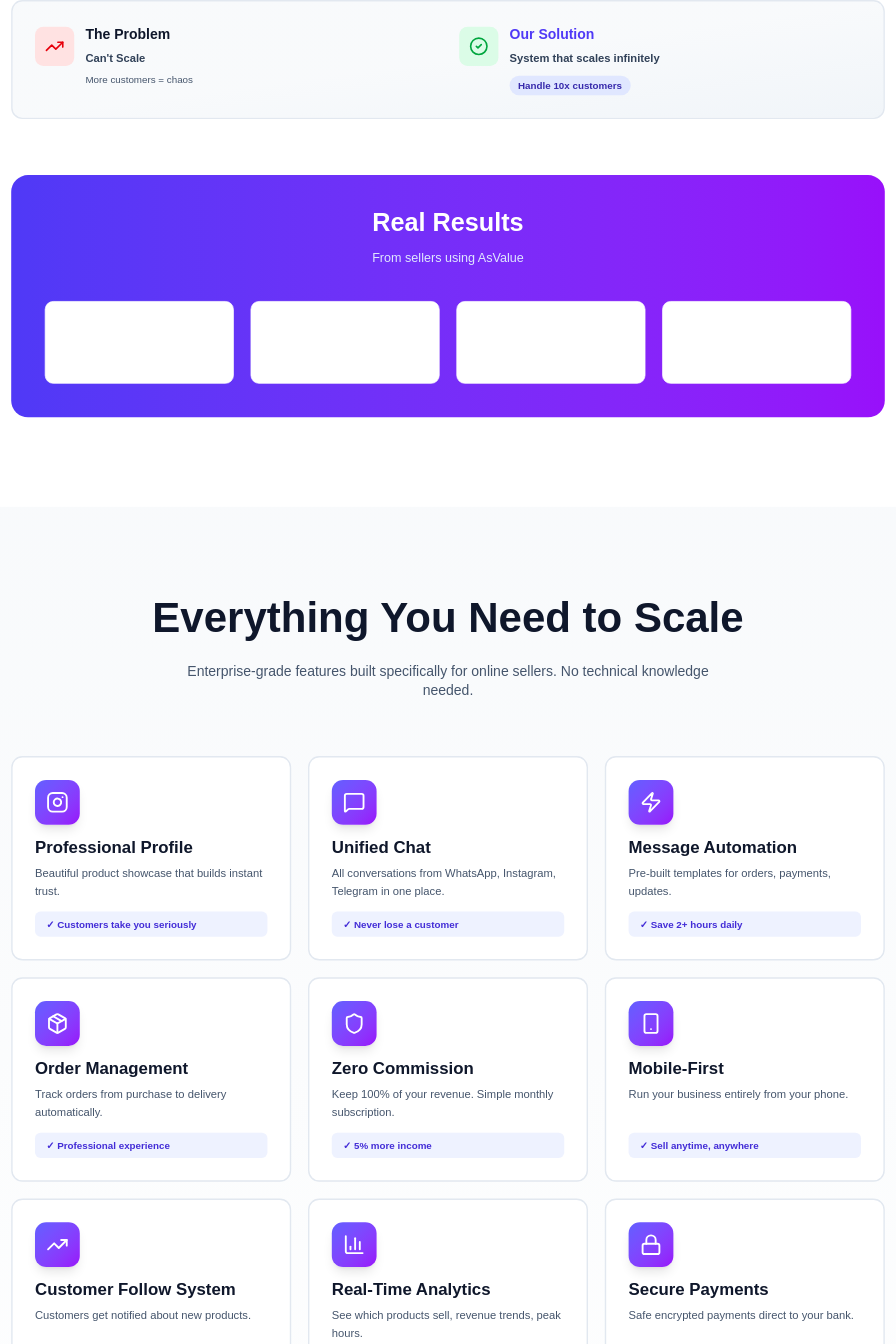
Repository: vikkii2005/asvalue-waitlist
Page: /
These files come from the project's save history. The page is drawn as it stood at one moment and after the next save; the edit follows.
The browser window is 1280 px wide. The pictures show the part of the page from y = 2653 to 4573 px (the page is 6357 px tall before and 6618 px after), at 70% of full size.
The page's requests for data from a server got no answer. The project was rebuilt for these pictures with package versions that can differ from the ones it lists, and the page was loaded fresh each time. The framework's server and built-in components were replaced by stand-ins that run in the browser. No one was signed in, and anything a server would have sent is missing. Also part of the build but not shown: next.config.ts, components/ReferralDashboard.tsx.

Above is the page before, as saved 2025-10-31 10:19:05.

After the next save:
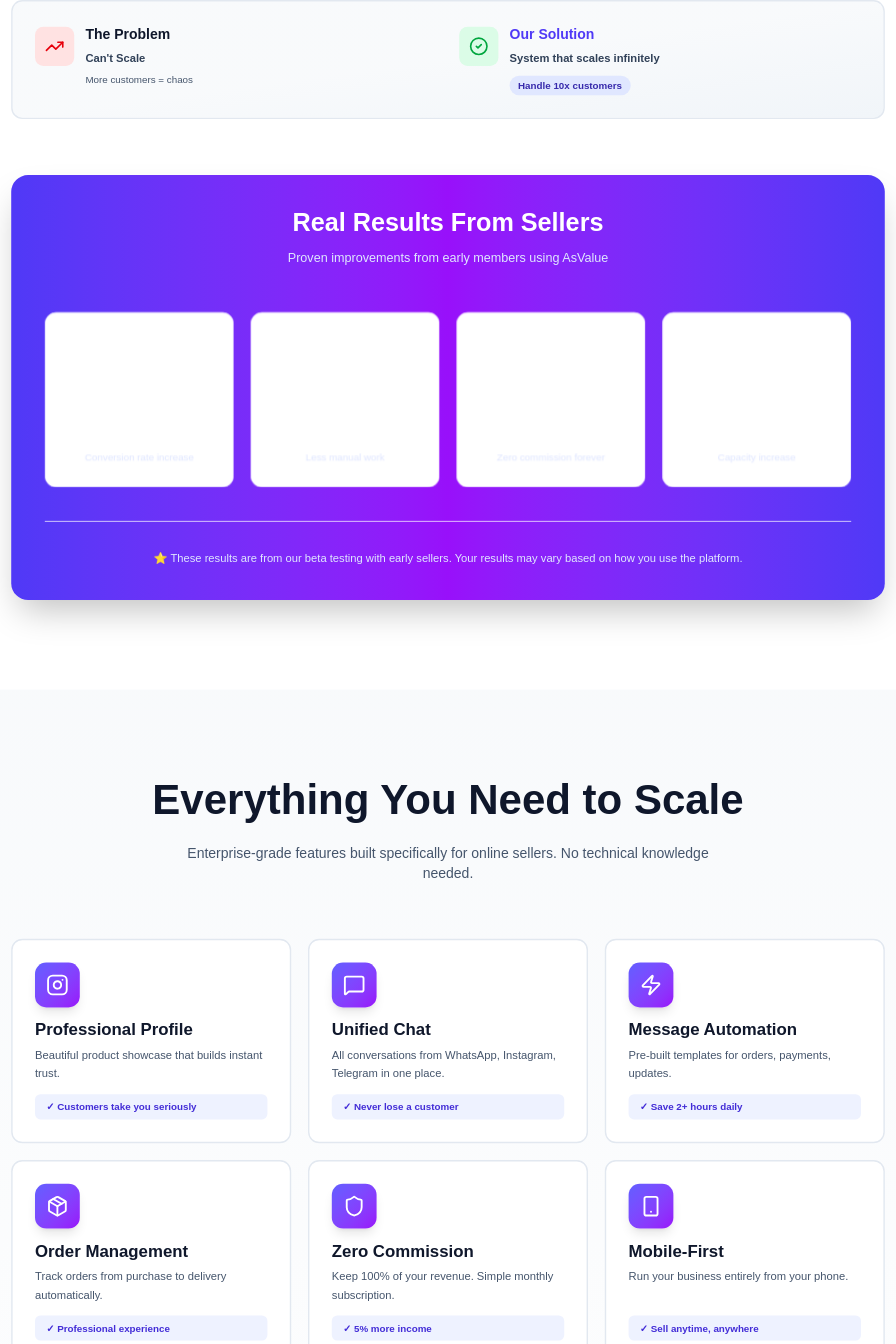
Saved 5 min 2 s later.
--- a/components/ProblemSolution.tsx
+++ b/components/ProblemSolution.tsx
@@ -1,4 +1,4 @@
-import { AlertCircle, CheckCircle2, Clock, DollarSign, TrendingDown, Users2, TrendingUp } from 'lucide-react'
+import { AlertCircle, CheckCircle2, Clock, DollarSign, TrendingDown, Users2, TrendingUp, Zap, BarChart3, Target } from 'lucide-react'
 
 const problems = [
   {
@@ -42,6 +42,33 @@
     detail: 'More customers = chaos',
     solution: 'System that scales infinitely',
     impact: 'Handle 10x customers'
+  }
+]
+
+const results = [
+  {
+    icon: Target,
+    number: '3x',
+    label: 'More Sales',
+    description: 'Conversion rate increase'
+  },
+  {
+    icon: Clock,
+    number: '5hrs',
+    label: 'Saved Daily',
+    description: 'Less manual work'
+  },
+  {
+    icon: DollarSign,
+    number: '100%',
+    label: 'Revenue Kept',
+    description: 'Zero commission forever'
+  },
+  {
+    icon: TrendingUp,
+    number: '10x',
+    label: 'Scale Better',
+    description: 'Capacity increase'
   }
 ]
 
@@ -99,30 +126,43 @@
           ))}
         </div>
 
-        {/* Results Stats */}
-        <div className="mt-12 md:mt-20 bg-linear-to-r from-indigo-600 to-purple-600 rounded-3xl p-8 md:p-12 text-white">
-          <div className="text-center mb-8 md:mb-12">
-            <h3 className="text-2xl md:text-4xl font-bold mb-3 md:mb-4">Real Results</h3>
-            <p className="text-sm md:text-lg text-indigo-100">From sellers using AsValue</p>
+        {/* Results Stats - FIXED WITH VISIBLE CONTENT */}
+        <div className="mt-12 md:mt-20 bg-linear-to-r from-indigo-600 via-purple-600 to-indigo-600 rounded-3xl p-8 md:p-12 text-white shadow-2xl">
+          {/* Header */}
+          <div className="text-center mb-10 md:mb-16">
+            <h3 className="text-3xl md:text-4xl font-bold mb-3 md:mb-4">Real Results From Sellers</h3>
+            <p className="text-sm md:text-lg text-indigo-100 font-medium">Proven improvements from early members using AsValue</p>
           </div>
 
-          <div className="grid grid-cols-2 md:grid-cols-4 gap-4 md:gap-6">
-            <div className="text-center bg-white bg-opacity-10 rounded-xl p-4 md:p-6 border border-white border-opacity-20">
-              <div className="text-3xl md:text-4xl font-bold mb-2">3x</div>
-              <div className="text-xs md:text-sm font-semibold">More Sales</div>
-            </div>
-            <div className="text-center bg-white bg-opacity-10 rounded-xl p-4 md:p-6 border border-white border-opacity-20">
-              <div className="text-3xl md:text-4xl font-bold mb-2">5hrs</div>
-              <div className="text-xs md:text-sm font-semibold">Saved Daily</div>
-            </div>
-            <div className="text-center bg-white bg-opacity-10 rounded-xl p-4 md:p-6 border border-white border-opacity-20">
-              <div className="text-3xl md:text-4xl font-bold mb-2">100%</div>
-              <div className="text-xs md:text-sm font-semibold">Revenue Kept</div>
-            </div>
-            <div className="text-center bg-white bg-opacity-10 rounded-xl p-4 md:p-6 border border-white border-opacity-20">
-              <div className="text-3xl md:text-4xl font-bold mb-2">10x</div>
-              <div className="text-xs md:text-sm font-semibold">Scale Better</div>
-            </div>
+          {/* Results Grid - NOW WITH VISIBLE ICONS AND TEXT */}
+          <div className="grid grid-cols-2 lg:grid-cols-4 gap-4 md:gap-6">
+            {results.map((result, index) => (
+              <div
+                key={index}
+                className="bg-white bg-opacity-10 hover:bg-opacity-20 rounded-2xl p-6 md:p-8 border border-white border-opacity-30 backdrop-blur transition-all duration-300 text-center"
+              >
+                {/* Icon */}
+                <div className="w-12 h-12 md:w-14 md:h-14 bg-white bg-opacity-20 rounded-full flex items-center justify-center mx-auto mb-3 md:mb-4">
+                  <result.icon className="w-6 h-6 md:w-7 md:h-7 text-white" />
+                </div>
+
+                {/* Big Number */}
+                <div className="text-3xl md:text-5xl font-black mb-2 md:mb-3">{result.number}</div>
+
+                {/* Label */}
+                <div className="text-sm md:text-base font-bold mb-2">{result.label}</div>
+
+                {/* Description */}
+                <div className="text-xs md:text-sm text-indigo-100">{result.description}</div>
+              </div>
+            ))}
+          </div>
+
+          {/* Extra Info */}
+          <div className="mt-10 md:mt-12 text-center border-t border-white border-opacity-20 pt-8 md:pt-10">
+            <p className="text-sm md:text-base text-indigo-100 font-medium">
+              ⭐ These results are from our beta testing with early sellers. Your results may vary based on how you use the platform.
+            </p>
           </div>
         </div>
       </div>
